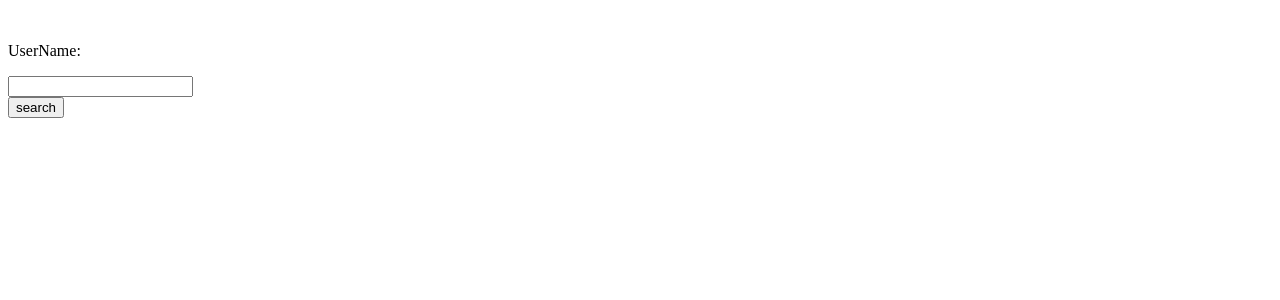
Repository: Hamzamshoaib/us2
Page: http://localhost/te_assignment_2/
The author's editor kept a copy of each file at every save. The page is drawn from the files as they stood at one save, then again after the next save.
The browser window is 1280 px wide. The pictures show the whole page.
The page is served by Tomcat 9. Queries for data that is not in the repository find no rows.

Above is the page before, as saved 2015-05-08 15:46:48.

After the next save:
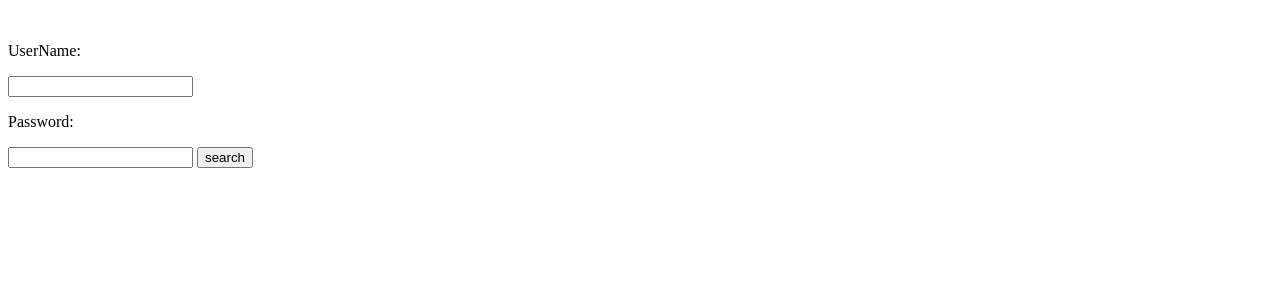
Saved 101 s later.
--- a/te_assignment_2/WebContent/index.jsp
+++ b/te_assignment_2/WebContent/index.jsp
@@ -12,6 +12,8 @@
 <p>UserName: </p>
 <INPUT type="text" name="userName">
 <br>
+<p>Password: </p>
+<INPUT type="password" name="password">
 <INPUT TYPE='submit' VALUE='search'>
 </FORM>
 </body>
